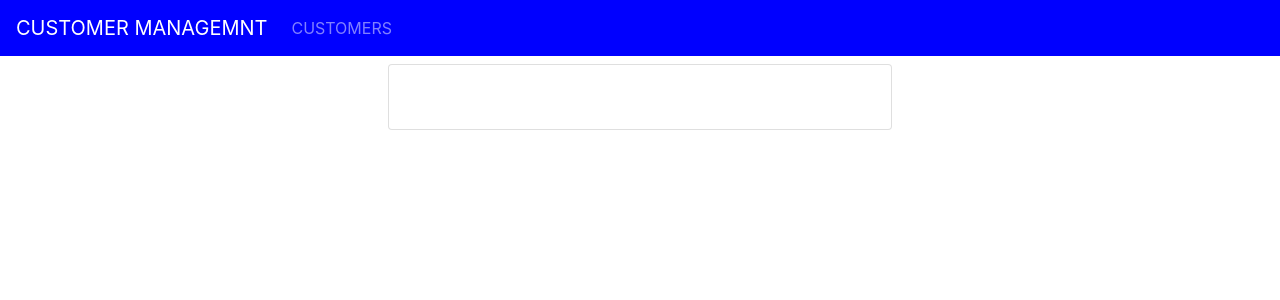
Repository: shruti-2522/webdirekt-assignment
Page: http://localhost/Customer-Project/customer-form.jsp
An editor plug-in stored every save of this project. The page is shown before and after a run of saves, followed by the edit.
The browser window is 1280 px wide. The pictures show the whole page.
The page is served by Tomcat 9.

Above is the page before, as saved 2021-07-05 10:32:57.

After the next 3 saves:
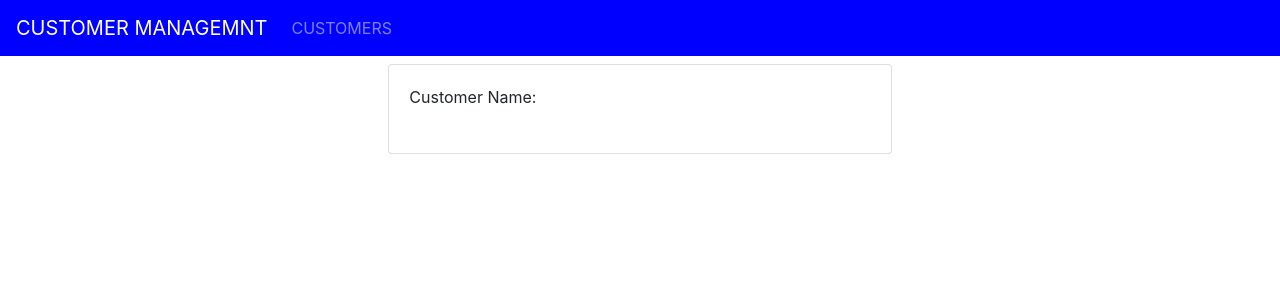
The 3 saves are shown as one change because they came seconds apart.
The last was saved 27 s later.
--- a/Customer-Project/src/main/webapp/customer-form.jsp
+++ b/Customer-Project/src/main/webapp/customer-form.jsp
@@ -32,8 +32,9 @@
 	<div class="card">
 	<div class="card-body">
 
-	<fieldset>
-	<label></label>
+	<fieldset class="form-group">
+	<label>Customer Name:</label>
+
 
 	</fieldset>
 
